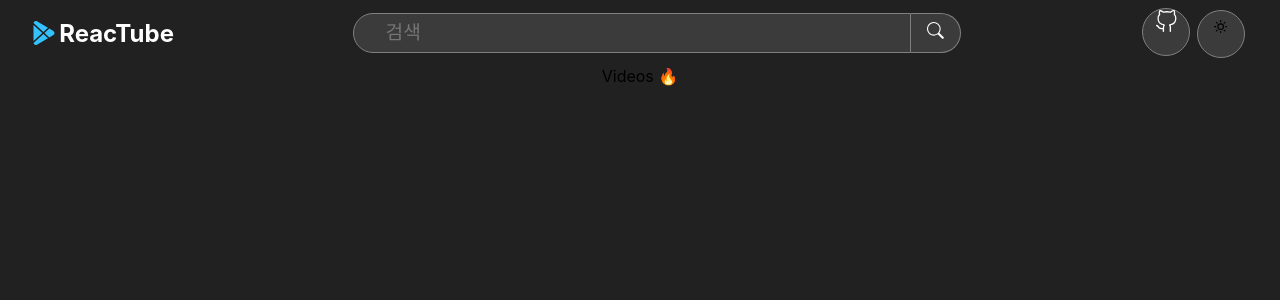
Repository: MrJinkyu/youtube
Page: /
The author's editor kept a copy of each file at every save. The page is drawn from the files as they stood at one save, then again after the next save.
The browser window is 1280 px wide. The pictures show the whole page.
The project was rebuilt for these pictures with package versions that can differ from the ones it lists, and the page was loaded fresh each time. Also part of the build but not shown: src/pages/NotFound.jsx, src/pages/VideoDetail.jsx.

Above is the page before, as saved 2023-05-09 18:19:55.

### public/index.html
<!DOCTYPE html>
<html lang="en">
  <head>
    <meta charset="utf-8" />
    <link rel="icon" href="%PUBLIC_URL%/favicon.ico" />
    <meta name="viewport" content="width=device-width, initial-scale=1" />
    <meta name="theme-color" content="#000000" />
    <meta
      name="description"
      content="Web site created using create-react-app"
    />
    <link rel="apple-touch-icon" href="%PUBLIC_URL%/logo192.png" />
    <!--
      manifest.json provides metadata used when your web app is installed on a
      user's mobile device or desktop. See https://developers.google.com/web/fundamentals/web-app-manifest/
    -->
    <link rel="manifest" href="%PUBLIC_URL%/manifest.json" />
    <!--
      Notice the use of %PUBLIC_URL% in the tags above.
      It will be replaced with the URL of the `public` folder during the build.
      Only files inside the `public` folder can be referenced from the HTML.

      Unlike "/favicon.ico" or "favicon.ico", "%PUBLIC_URL%/favicon.ico" will
      work correctly both with client-side routing and a non-root public URL.
      Learn how to configure a non-root public URL by running `npm run build`.
    -->
    <title>ReacTube</title>
  </head>
  <body>
    <noscript>You need to enable JavaScript to run this app.</noscript>
    <div id="root"></div>
    <!--
      This HTML file is a template.
      If you open it directly in the browser, you will see an empty page.

      You can add webfonts, meta tags, or analytics to this file.
      The build step will place the bundled scripts into the <body> tag.

      To begin the development, run `npm start` or `yarn start`.
      To create a production bundle, use `npm run build` or `yarn build`.
    -->
  </body>
</html>

### src/index.js
import React from 'react';
import ReactDOM from 'react-dom/client';
import './index.css';
import App from './App';
import reportWebVitals from './reportWebVitals';
import {
  createBrowserRouter,
  RouterProvider,
} from "react-router-dom";
import NotFound from './pages/NotFound';
import Videos from './pages/Videos';
import VideoDetail from './pages/VideoDetail';

const router = createBrowserRouter([
  {
    path: "/",
    element: <App/>,
    errorElement: <NotFound/>,
    children: [
      { index: true, element: <Videos/> },
      { path: '/videos', element: <Videos/> },
      { path: '/videos/:keyword', element: <Videos/> },
      { path: '/videos/watch/:videoId', element: <VideoDetail/> }
    ]
  },
]);

const root = ReactDOM.createRoot(document.getElementById('root'));
root.render(
  <React.StrictMode>
    <RouterProvider router={router} />
  </React.StrictMode>
);

// If you want to start measuring performance in your app, pass a function
// to log results (for example: reportWebVitals(console.log))
// or send to an analytics endpoint. Learn more: https://bit.ly/CRA-vitals
reportWebVitals();

### src/index.css
*{
  box-sizing: border-box;
  padding: 0;
  margin: 0;
}

button{
  cursor: pointer;
  border: none;
  outline: none;
  background-color: transparent;
}

body {
  margin: 0;
  font-family: -apple-system, BlinkMacSystemFont, 'Segoe UI', 'Roboto', 'Oxygen',
    'Ubuntu', 'Cantarell', 'Fira Sans', 'Droid Sans', 'Helvetica Neue',
    sans-serif;
  -webkit-font-smoothing: antialiased;
  -moz-osx-font-smoothing: grayscale;
  background-color: #212121;
  width: 100%;
  height: 100%;
  text-align: center;
}

code {
  font-family: source-code-pro, Menlo, Monaco, Consolas, 'Courier New',
    monospace;
}

### src/App.js
import './App.css';
import SearchHeader from './components/SearchHeader';
import { Outlet } from 'react-router-dom';

function App() {
  return (
    <div className="App">
      <SearchHeader/>
      <Outlet/>
    </div>
  );
}

export default App;

### src/pages/Videos.jsx
import React from 'react';
import { useParams } from 'react-router-dom';

export default function Videos() {
    const { keyword } = useParams();
    return (
        <div>
            Videos {keyword ? `🔍${keyword}` : '🔥'}
        </div>
    );
}

### src/App.css
.App{
    width: 100%;
    height: 100%;
    max-width: 1536px;
    margin: 0 auto;
}

### src/components/SearchHeader.jsx
import React, { useEffect, useState } from 'react';
import { BsGooglePlay, BsSearch } from 'react-icons/bs';
import { FiSun } from 'react-icons/fi';
import { VscGithubAlt } from 'react-icons/vsc';
import { useNavigate, useParams, Link } from 'react-router-dom';
import styles from './SearchHeader.module.css';

export default function SearchHeader() {
    const { keyword } = useParams();
    const navigate = useNavigate();
    const [text, setText] = useState('');
    const handleChange = (e) => setText(e.target.value);
    const handleSubmit = (e) => {
        e.preventDefault();
        if(text.trim().length === 0){
            return ;
        }
        navigate(`/videos/${text}`);
        setText('');
    }
    useEffect(() => {
        setText(keyword || '');
    },[keyword]);
    return (
        <header className={styles.header}>
            <Link to='/' className={styles.logo}>
                <BsGooglePlay className={styles.icon}/>
                <h1 className={styles.title}>ReacTube</h1>
            </Link>
            <form onSubmit={handleSubmit} className={styles.form}>
                <input
                    className={styles.text}
                    type="text"
                    placeholder='검색'
                    value={text}
                    onChange={handleChange}
                />
                <button className={styles.searchBtn}><BsSearch/></button>
            </form>
            <div className='btns'>
                <span className={styles.span}>
                    <button>
                        <a href="https://github.com/MrJinkyu?tab=repositories" target='blank'>
                            <VscGithubAlt className={styles.github}/>
                        </a>
                    </button>
                </span>
                <span className={styles.span}>
                    <button>
                        <FiSun className={styles.mode}/>
                    </button>
                </span>
            </div>
        </header>
    );
}

### src/components/SearchHeader.module.css
header{
    padding: 0.5rem 2rem;
    width: 100%;
    display:  flex;
    justify-content: space-between;
    align-items: center;
}

.logo{
    text-decoration: none;
    display: flex;
    align-items: center;
}

.icon{
    color: #33c2ff;
    font-size: 1.5rem;
    margin-right: 0.2rem;
}

.title{
    color: white;
    font-size: 1.5rem;
}

.form{
    width: 50%;
    display: flex;
    justify-content: center;
    align-items: center;
}

.text{
    width: 100%;
    border: 1px solid grey;
    border-top-left-radius: 1.5rem;
    border-bottom-left-radius: 1.5rem;
    padding: 0.5rem 2rem;
    font-size: 1.2rem;
    color: white;
    outline: none;
    background-color: #3b3b3b;
}

.text:hover{
    border-color: #33c2ff;
}

.searchBtn{
    border: 1px solid grey;
    border-top-right-radius: 1.5rem;
    border-bottom-right-radius: 1.5rem;
    border-left: none;
    padding: 0.5rem 1rem;
    font-size: 1.05rem;
    color: white;
    outline: none;
    background-color: #3b3b3b;
}

.searchBtn:hover{
    filter: brightness(125%);
}

.btns{
    display: flex;
    align-items: center;
}

.span{
    display: inline-block;
    border-radius: 50%;
    width: 3rem;
    height: 3rem;
    line-height: 2rem;
    border: 1px solid gray;
    background-color: #3b3b3b;
    margin: 0 0.2rem;
}

.github{
    color: white;
    font-size: 1.5rem;
}

Loaded but not shown: src/reportWebVitals.js (common file)

After the next save:
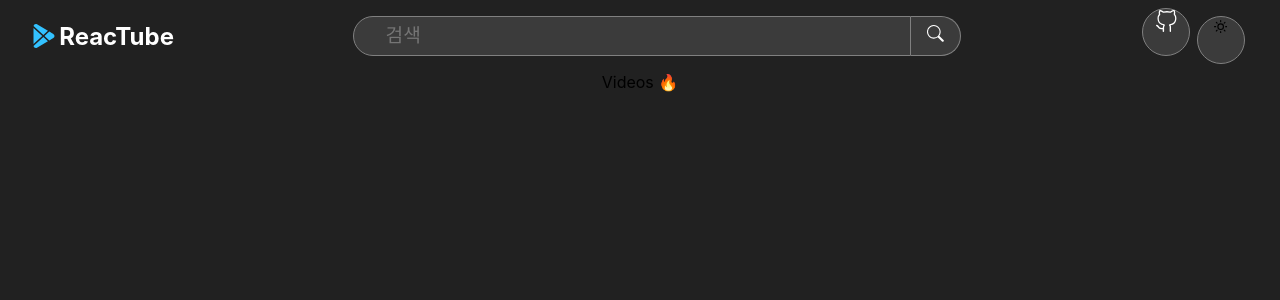
Saved 11 s later.
--- a/src/components/SearchHeader.module.css
+++ b/src/components/SearchHeader.module.css
@@ -72,7 +72,6 @@
     border-radius: 50%;
     width: 3rem;
     height: 3rem;
-    line-height: 2rem;
     border: 1px solid gray;
     background-color: #3b3b3b;
     margin: 0 0.2rem;
